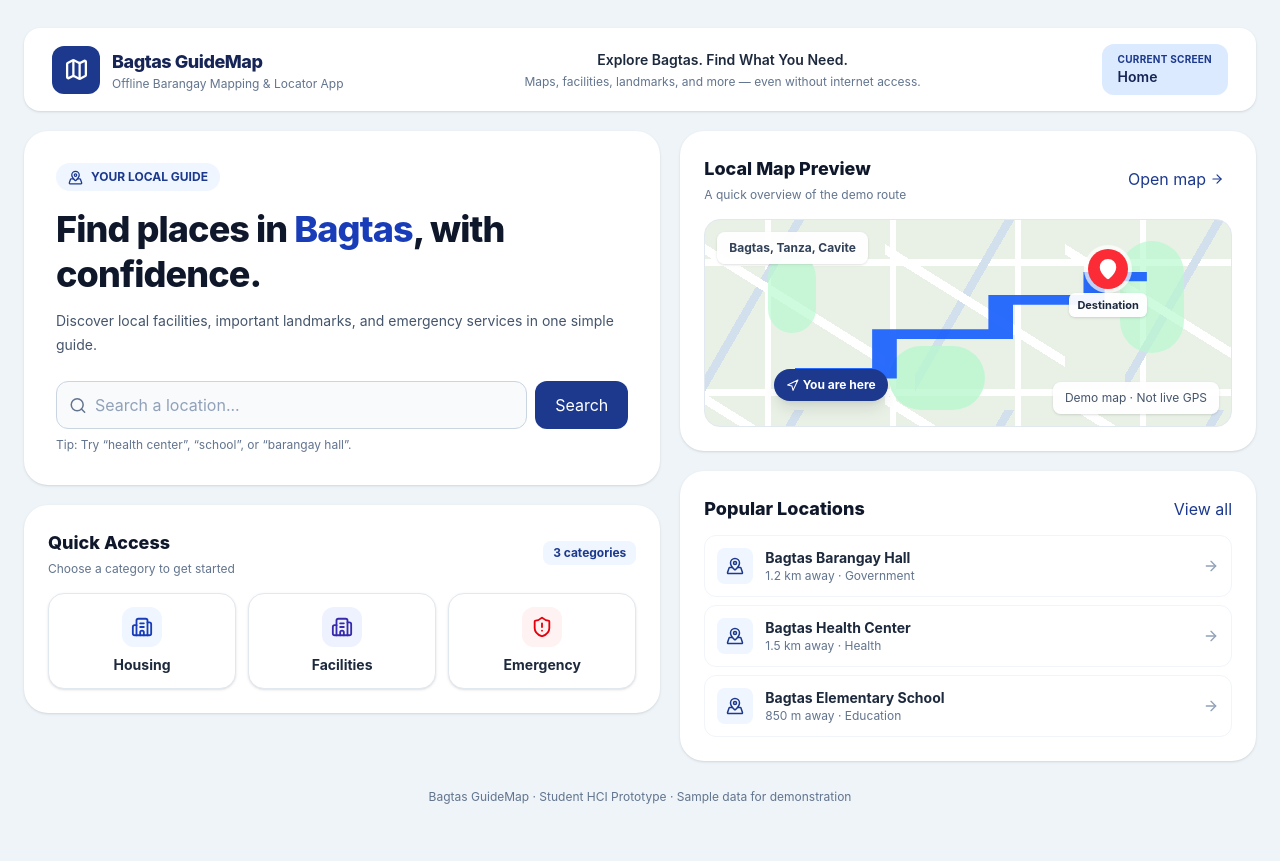
Repository: JulyoGit/Pansoy-high-fidelity-prototype
Page: /
The author's editor kept a copy of each file at every save. The page is drawn from the files as they stood at one save, then again after the next save.
The browser window is 1280 px wide. The pictures show the whole page.
The project was rebuilt for these pictures with package versions that can differ from the ones it lists, and the page was loaded fresh each time. Also part of the build but not shown: vite.config.js, src/components/LocationCard.jsx, src/screens/Search.jsx, src/screens/Map.jsx, src/screens/Details.jsx, src/screens/Emergency.jsx, src/screens/Confirmation.jsx.

Above is the page before, as saved 2026-10-16 16:26:40.

### index.html
<!doctype html>
<html lang="en">
  <head>
    <meta charset="UTF-8" />
    <meta name="viewport" content="width=device-width, initial-scale=1.0" />
    <meta name="theme-color" content="#1e3a8a" />
    <title>Bagtas GuideMap</title>
  </head>
  <body>
    <div id="root"></div>
    <script type="module" src="/src/main.jsx"></script>
  </body>
</html>

### src/main.jsx
import React from "react";
import { createRoot } from "react-dom/client";
import { BrowserRouter } from "react-router-dom";
import App from "./App";
import "./index.css";

createRoot(document.getElementById("root")).render(
  <React.StrictMode>
    <BrowserRouter>
      <App />
    </BrowserRouter>
  </React.StrictMode>
);

### src/App.jsx
import { Navigate, Route, Routes } from "react-router-dom";
import Layout from "./components/Layout";
import Home from "./screens/Home";
import Search from "./screens/Search";
import MapScreen from "./screens/Map";
import Details from "./screens/Details";
import Emergency from "./screens/Emergency";
import Confirmation from "./screens/Confirmation";

export default function App() {
  return (
    <Layout>
      <Routes>
        <Route path="/" element={<Home />} />
        <Route path="/search" element={<Search />} />
        <Route path="/map" element={<MapScreen />} />
        <Route path="/details" element={<Details />} />
        <Route path="/emergency" element={<Emergency />} />
        <Route path="/confirmation" element={<Confirmation />} />
        <Route path="*" element={<Navigate to="/" replace />} />
      </Routes>
    </Layout>
  );
}

### src/index.css
@import "tailwindcss";

:root {
  font-family: Inter, ui-sans-serif, system-ui, -apple-system, BlinkMacSystemFont, "Segoe UI", sans-serif;
  color: #172554;
  background: #eef4f8;
  font-synthesis: none;
  text-rendering: optimizeLegibility;
}

* {
  box-sizing: border-box;
}

body {
  margin: 0;
  min-width: 320px;
  min-height: 100vh;
}

button, input {
  font: inherit;
}

button:focus-visible, a:focus-visible, input:focus-visible {
  outline: 3px solid #93c5fd;
  outline-offset: 3px;
}

.map-grid {
  background-color: #e9f1e7;
  background-image:
    linear-gradient(32deg, transparent 44%, #ffffff 44%, #ffffff 48%, transparent 48%),
    linear-gradient(120deg, transparent 28%, #d2dfec 28%, #d2dfec 31%, transparent 31%),
    linear-gradient(90deg, transparent 48%, #ffffff 48%, #ffffff 53%, transparent 53%),
    linear-gradient(0deg, transparent 65%, #ffffff 65%, #ffffff 70%, transparent 70%);
  background-size: 180px 150px, 210px 190px, 125px 115px, 145px 130px;
}

.route-line {
  clip-path: polygon(0 90%, 22% 90%, 22% 54%, 55% 54%, 55% 22%, 82% 22%, 82% 0, 100% 0, 100% 9%, 88% 9%, 88% 31%, 62% 31%, 62% 63%, 29% 63%, 29% 100%, 0 100%);
}

### src/components/Layout.jsx
import { ArrowLeft, Home } from "lucide-react";
import { useLocation, useNavigate } from "react-router-dom";
import Brand from "./Brand";

const screenNames = {
  "/": "Home",
  "/search": "Search",
  "/map": "Map / Route",
  "/details": "Location Details",
  "/emergency": "Emergency Directory",
  "/confirmation": "Confirmation"
};

export default function Layout({ children }) {
  const navigate = useNavigate();
  const location = useLocation();
  const isHome = location.pathname === "/";

  return (
    <div className="min-h-screen bg-[#eef4f8] px-3 py-4 sm:px-6 sm:py-7">
      <div className="mx-auto max-w-7xl">
        <header className="mb-5 flex flex-wrap items-center justify-between gap-4 rounded-2xl bg-white px-5 py-4 shadow-sm sm:px-7">
          <Brand />
          <div className="hidden text-center md:block">
            <p className="text-sm font-semibold text-slate-800">Explore Bagtas. Find What You Need.</p>
            <p className="mt-1 text-xs text-slate-500">Maps, facilities, landmarks, and more — even without internet access.</p>
          </div>
          <div className="rounded-xl bg-blue-100 px-4 py-2">
            <p className="text-[10px] font-bold uppercase tracking-wide text-blue-900">Current Screen</p>
            <p className="text-sm font-semibold text-blue-950">{screenNames[location.pathname] || "Bagtas GuideMap"}</p>
          </div>
        </header>

        {!isHome && (
          <div className="mb-4 flex items-center justify-between">
            <button onClick={() => navigate(-1)} className="inline-flex min-h-11 items-center gap-2 rounded-xl border border-slate-200 bg-white px-4 text-sm font-semibold text-slate-700 shadow-sm transition hover:bg-slate-50">
              <ArrowLeft size={17} /> Back
            </button>
            <button onClick={() => navigate("/")} className="inline-flex min-h-11 items-center gap-2 rounded-xl px-3 text-sm font-semibold text-blue-900 transition hover:bg-blue-100">
              <Home size={17} /> Home
            </button>
          </div>
        )}

        <main>{children}</main>
        <footer className="py-7 text-center text-xs text-slate-500">
          Bagtas GuideMap · Student HCI Prototype · Sample data for demonstration
        </footer>
      </div>
    </div>
  );
}

### src/screens/Home.jsx
import { ArrowRight, MapPinned, Search } from "lucide-react";
import { useNavigate } from "react-router-dom";
import QuickAccess from "../components/QuickAccess";
import MapPreview from "../components/MapPreview";
import { locations } from "../data/locations";

export default function Home() {
  const navigate = useNavigate();

  return (
    <div className="grid gap-5 lg:grid-cols-[1.05fr_0.95fr]">
      <section className="space-y-5">
        <div className="rounded-3xl bg-white p-6 shadow-sm sm:p-8">
          <span className="inline-flex items-center gap-2 rounded-full bg-blue-50 px-3 py-1.5 text-xs font-bold text-blue-900">
            <MapPinned size={15} /> YOUR LOCAL GUIDE
          </span>
          <h1 className="mt-4 max-w-xl text-3xl font-extrabold leading-tight tracking-tight text-slate-900 sm:text-4xl">
            Find places in <span className="text-blue-800">Bagtas</span>, with confidence.
          </h1>
          <p className="mt-3 max-w-xl text-sm leading-6 text-slate-600">
            Discover local facilities, important landmarks, and emergency services in one simple guide.
          </p>
          <form onSubmit={(event) => { event.preventDefault(); const value = event.currentTarget.search.value.trim(); if (value) navigate(`/search?q=${encodeURIComponent(value)}`); else navigate("/search"); }} className="mt-6 flex gap-2">
            <label className="flex min-h-12 flex-1 items-center gap-2 rounded-xl border border-slate-300 bg-slate-50 px-3 focus-within:border-blue-700">
              <Search size={19} className="text-slate-500" />
              <input name="search" placeholder="Search a location..." className="w-full bg-transparent text-sm outline-none placeholder:text-slate-400" />
            </label>
            <button className="min-h-12 rounded-xl bg-blue-900 px-5 text-sm font-bold text-white transition hover:bg-blue-800">Search</button>
          </form>
          <p className="mt-2 text-xs text-slate-500">Tip: Try “health center”, “school”, or “barangay hall”.</p>
        </div>

        <div className="rounded-3xl bg-white p-5 shadow-sm sm:p-6">
          <div className="mb-4 flex items-center justify-between gap-3">
            <div>
              <h2 className="text-lg font-extrabold text-slate-900">Quick Access</h2>
              <p className="mt-1 text-xs text-slate-500">Choose a category to get started</p>
            </div>
            <span className="rounded-lg bg-blue-50 px-2.5 py-1 text-xs font-bold text-blue-900">3 categories</span>
          </div>
          <QuickAccess />
        </div>
      </section>

      <section className="space-y-5">
        <div className="rounded-3xl bg-white p-5 shadow-sm sm:p-6">
          <div className="mb-4 flex items-center justify-between">
            <div>
              <h2 className="text-lg font-extrabold text-slate-900">Local Map Preview</h2>
              <p className="mt-1 text-xs text-slate-500">A quick overview of the demo route</p>
            </div>
            <button onClick={() => navigate("/map")} className="inline-flex items-center gap-1 rounded-lg px-2 py-2 text-xs font-bold text-blue-900 hover:bg-blue-50">
              Open map <ArrowRight size={14} />
            </button>
          </div>
          <MapPreview />
        </div>
        <div className="rounded-3xl bg-white p-5 shadow-sm sm:p-6">
          <div className="mb-3 flex items-center justify-between">
            <h2 className="text-lg font-extrabold text-slate-900">Popular Locations</h2>
            <button onClick={() => navigate("/search")} className="text-xs font-bold text-blue-900 hover:underline">View all</button>
          </div>
          <div className="space-y-2">
            {locations.slice(0, 3).map((item) => (
              <button key={item.id} onClick={() => navigate(`/map?location=${item.id}`)} className="flex w-full items-center gap-3 rounded-xl border border-slate-100 p-3 text-left transition hover:bg-blue-50">
                <span className="flex h-9 w-9 items-center justify-center rounded-lg bg-blue-50 text-blue-900"><MapPinned size={18} /></span>
                <span className="min-w-0 flex-1">
                  <span className="block truncate text-sm font-bold text-slate-800">{item.name}</span>
                  <span className="block text-xs text-slate-500">{item.distance} away · {item.type}</span>
                </span>
                <ArrowRight size={16} className="text-slate-400" />
              </button>
            ))}
          </div>
        </div>
      </section>
    </div>
  );
}

### src/components/Brand.jsx
import { Map } from "lucide-react";

export default function Brand({ compact = false }) {
  return (
    <div className="flex items-center gap-3">
      <div className="flex h-12 w-12 shrink-0 items-center justify-center rounded-xl bg-blue-900 text-white">
        <Map size={25} strokeWidth={2.2} />
      </div>
      <div>
        <p className="text-lg font-extrabold tracking-tight text-blue-950">Bagtas GuideMap</p>
        {!compact && <p className="text-xs text-slate-500">Offline Barangay Mapping & Locator App</p>}
      </div>
    </div>
  );
}

### src/components/QuickAccess.jsx
import { Building2, HeartPulse, ShieldAlert } from "lucide-react";
import { useNavigate } from "react-router-dom";

const options = [
  { label: "Housing", icon: Building2, filter: "Housing", color: "text-blue-800", bg: "bg-blue-50" },
  { label: "Facilities", icon: Building2, filter: "Facilities", color: "text-indigo-800", bg: "bg-indigo-50" },
  { label: "Emergency", icon: ShieldAlert, filter: "Emergency", color: "text-red-600", bg: "bg-red-50" }
];

export default function QuickAccess() {
  const navigate = useNavigate();

  return (
    <div className="grid grid-cols-3 gap-3">
      {options.map(({ label, icon: Icon, filter, color, bg }) => (
        <button
          key={label}
          onClick={() => filter === "Emergency" ? navigate("/emergency") : navigate(`/search?category=${filter}`)}
          className="flex min-h-24 flex-col items-center justify-center gap-2 rounded-2xl border border-slate-200 bg-white p-3 text-center shadow-sm transition hover:-translate-y-0.5 hover:border-blue-300 hover:shadow-md"
        >
          <span className={`flex h-10 w-10 items-center justify-center rounded-xl ${bg} ${color}`}>
            <Icon size={22} />
          </span>
          <span className="text-sm font-bold text-slate-800">{label}</span>
        </button>
      ))}
    </div>
  );
}

### src/components/MapPreview.jsx
import { MapPin, Navigation } from "lucide-react";

export default function MapPreview({ full = false }) {
  return (
    <div className={`map-grid relative overflow-hidden rounded-2xl border border-slate-200 ${full ? "h-[430px] sm:h-[520px]" : "h-52"}`}>
      <div className="absolute left-[12%] top-[16%] h-20 w-12 rounded-full bg-green-200/70" />
      <div className="absolute right-[9%] top-[10%] h-28 w-16 rounded-full bg-green-200/70" />
      <div className="absolute bottom-[8%] left-[35%] h-16 w-24 rounded-full bg-green-200/80" />
      <div className="absolute left-[17%] top-[25%] h-[52%] w-[67%]">
        <div className="route-line absolute inset-0 bg-blue-600/90" />
      </div>
      <div className="absolute left-[13%] bottom-[12%] flex items-center gap-1 rounded-full bg-blue-900 px-3 py-2 text-xs font-bold text-white shadow-lg">
        <Navigation size={13} /> You are here
      </div>
      <div className="absolute right-[16%] top-[14%] flex flex-col items-center">
        <span className="flex h-10 w-10 items-center justify-center rounded-full bg-red-500 text-white shadow-lg ring-4 ring-white/70">
          <MapPin size={22} fill="currentColor" />
        </span>
        <span className="mt-1 rounded-md bg-white/95 px-2 py-1 text-[11px] font-bold text-slate-800 shadow">Destination</span>
      </div>
      <div className="absolute left-3 top-3 rounded-lg bg-white/95 px-3 py-2 text-xs font-bold text-slate-700 shadow">
        Bagtas, Tanza, Cavite
      </div>
      <div className="absolute bottom-3 right-3 rounded-lg bg-white/95 px-3 py-2 text-xs text-slate-600 shadow">
        Demo map · Not live GPS
      </div>
    </div>
  );
}

### src/data/locations.js
export const locations = [
  {
    id: 1,
    name: "Bagtas Barangay Hall",
    category: "Facilities",
    type: "Government",
    address: "Bagtas, Tanza, Cavite",
    hours: "8:00 AM – 5:00 PM (Mon–Fri)",
    description: "Barangay services, community assistance, certificates, and local administrative support.",
    distance: "1.2 km",
    minutes: "4 min",
    image: "/images/barangayhall.jpg",
    icon: "building"
  },
  {
    id: 2,
    name: "Bagtas Health Center",
    category: "Emergency",
    type: "Health",
    address: "Bagtas, Tanza, Cavite",
    hours: "8:00 AM – 5:00 PM (Mon–Sat)",
    description: "Community health services, basic consultations, and public health assistance.",
    distance: "1.5 km",
    minutes: "5 min",
    image: "/images/healthcenter.jpg",
    icon: "health"
  },
  {
    id: 3,
    name: "Bagtas Elementary School",
    category: "Housing",
    type: "Education",
    address: "Bagtas, Tanza, Cavite",
    hours: "7:00 AM – 4:00 PM (Mon–Fri)",
    description: "Local public elementary school serving learners and families in the barangay.",
    distance: "850 m",
    minutes: "3 min",
    image: "/images/elementary.jpg",
    icon: "school"
  },
  {
    id: 4,
    name: "Bagtas Covered Court",
    category: "Facilities",
    type: "Community",
    address: "Bagtas, Tanza, Cavite",
    hours: "6:00 AM – 9:00 PM (daily)",
    description: "Community venue for sports, meetings, barangay programs, and public activities.",
    distance: "600 m",
    minutes: "2 min",
    image: "/images/court.jpg",
    icon: "court"
  }
];

export const emergencyContacts = [
  { name: "Emergency Hotline", role: "General emergency assistance", number: "911", icon: "alert" },
  { name: "Barangay Hall", role: "Barangay assistance and local response", number: "(046) 000-0000", icon: "building" },
  { name: "Bagtas Health Center", role: "Health-related assistance", number: "(046) 000-0001", icon: "health" },
  { name: "Police Assistance", role: "Police and public safety", number: "(046) 000-0002", icon: "shield" }
];

After the next save:
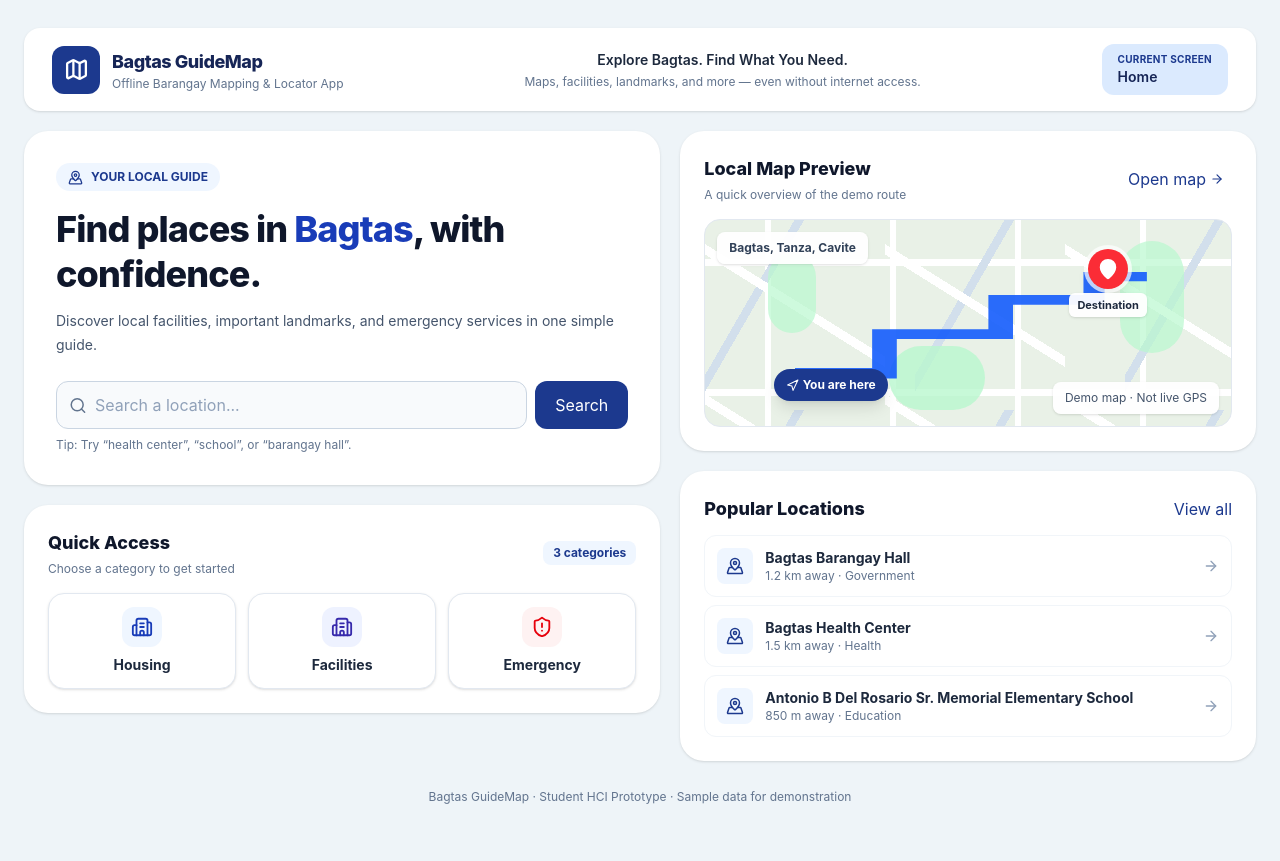
Saved 3 min 12 s later.
--- a/src/data/locations.js
+++ b/src/data/locations.js
@@ -27,7 +27,7 @@ export const locations = [
   },
   {
     id: 3,
-    name: "Bagtas Elementary School",
+    name: "Antonio B Del Rosario Sr. Memorial Elementary School",
     category: "Housing",
     type: "Education",
     address: "Bagtas, Tanza, Cavite",
